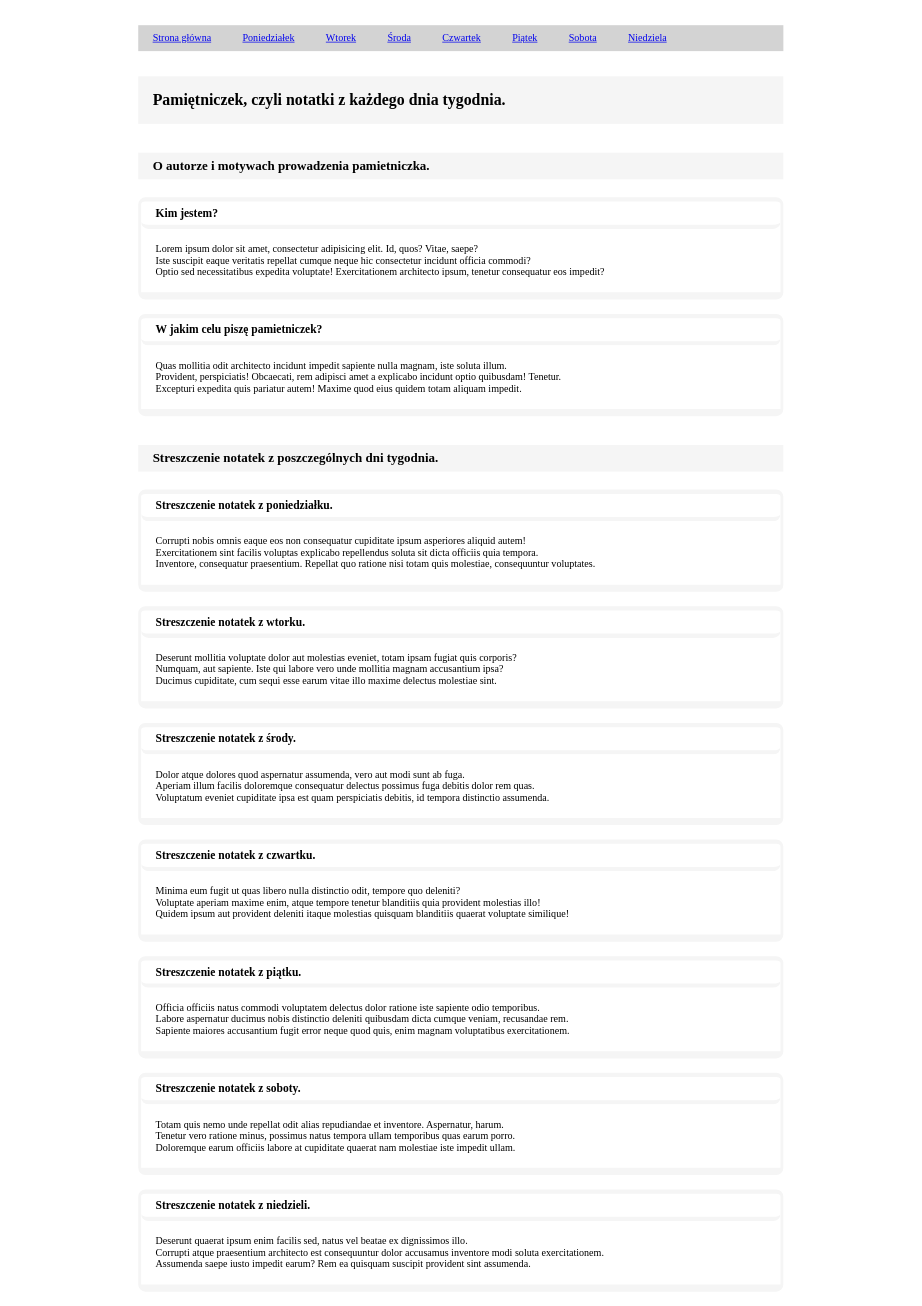
Repository: ArturNatwora/hompage
Page: index.html
These files come from the project's save history. The page is drawn as it stood at one moment and after the next save; the edit follows.
The browser window is 1280 px wide. The pictures show the whole page, at 72% of full size.

Above is the page before, as saved 2019-06-11 19:52:54.

After the next save:
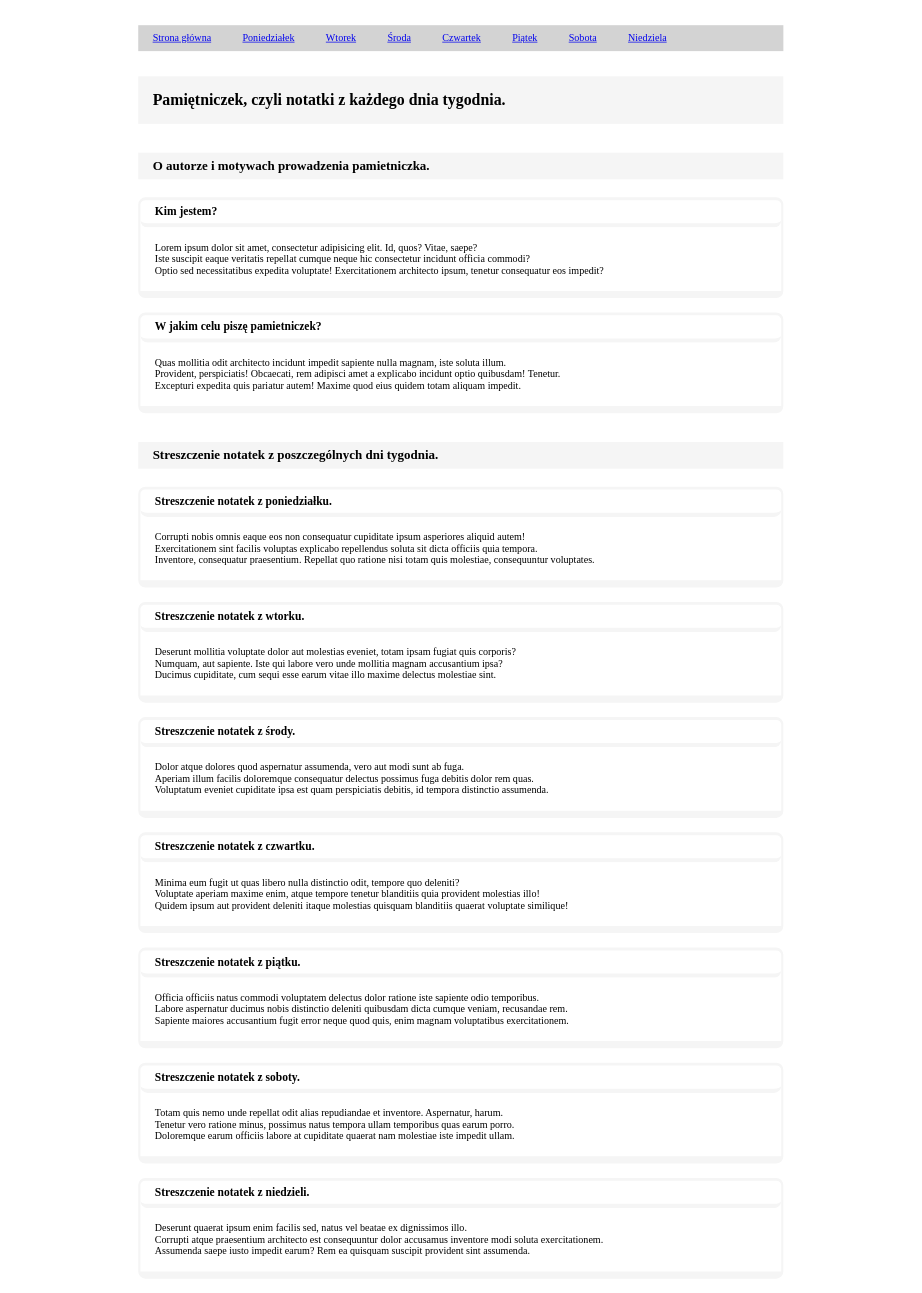
Saved 89 s later.
--- a/index.css
+++ b/index.css
@@ -67,7 +67,7 @@ body{
     display: block;
     margin:0 0 20px 0;
     padding:0 0 20px 0px;
-    border-width: 6px 4px 10px 4px ;
+    border-width: 4px 3px 10px 3px ;
     border-style: solid;
     border-color: whitesmoke;
     border-radius: 10px;
